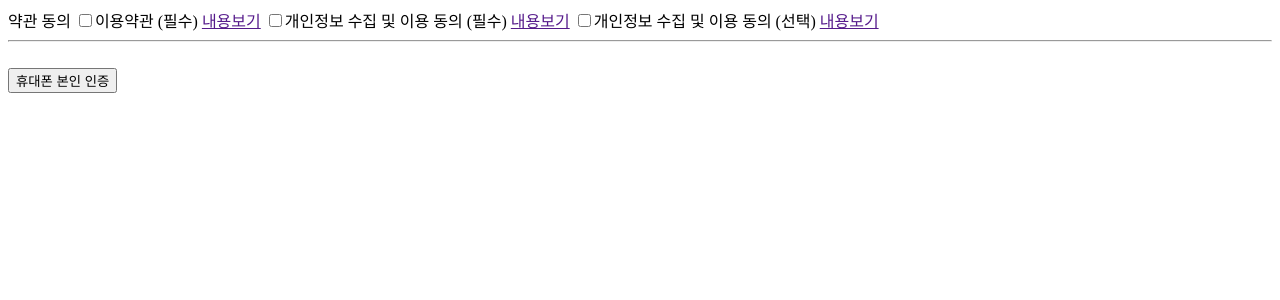
Repository: bongbongi/book1
Page: http://localhost/book/WEB-INF/views/member/join-ts.jsp
These files come from the project's save history. The page is drawn as it stood at one moment and after the next save; the edit follows.
The browser window is 1280 px wide. The pictures show the whole page.
The page is served by Tomcat 9. Nobody is signed in. Other server files are loaded and not shown. The template is opened directly, without the code that normally fills it, so the values that code supplies are empty.

Above is the page before, as saved 2023-01-02 16:43:40.

### book/src/main/webapp/WEB-INF/views/member/join-ts.jsp
<%@ page language="java" contentType="text/html; charset=UTF-8"
    pageEncoding="UTF-8"%>
<!DOCTYPE html>
<html>
<head>
<meta charset="UTF-8">
<title>약관 동의 페이지</title>
</head>
<body>

약관 동의
<input type="checkbox">이용약관 (필수) <a href="">내용보기</a>
<input type="checkbox">개인정보 수집 및 이용 동의 (필수) <a href="">내용보기</a>
<input type="checkbox">개인정보 수집 및 이용 동의 (선택) <a href="">내용보기</a>
<hr>
<br>
<a ><button>휴대폰 본인 인증</button></a>

</body>
</html>

After the next save:
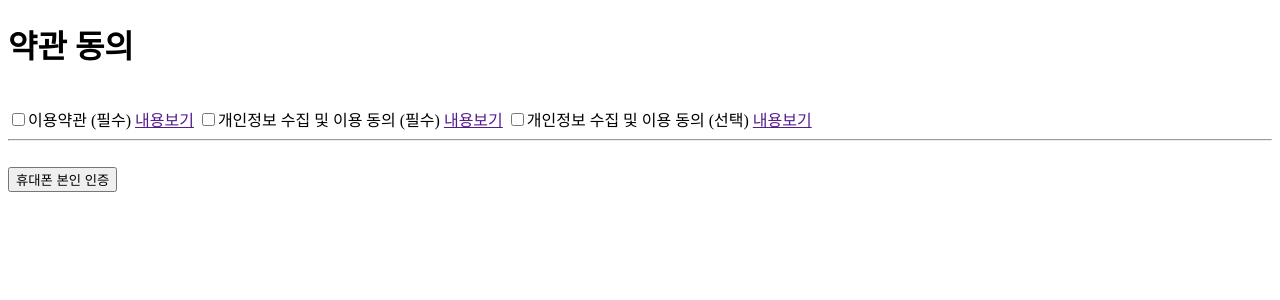
Saved 13 h 23 min later.
--- a/book/src/main/webapp/WEB-INF/views/member/join-ts.jsp
+++ b/book/src/main/webapp/WEB-INF/views/member/join-ts.jsp
@@ -8,7 +8,7 @@
 </head>
 <body>
 
-약관 동의
+<h1>약관 동의</h1><Br>
 <input type="checkbox">이용약관 (필수) <a href="">내용보기</a>
 <input type="checkbox">개인정보 수집 및 이용 동의 (필수) <a href="">내용보기</a>
 <input type="checkbox">개인정보 수집 및 이용 동의 (선택) <a href="">내용보기</a>
